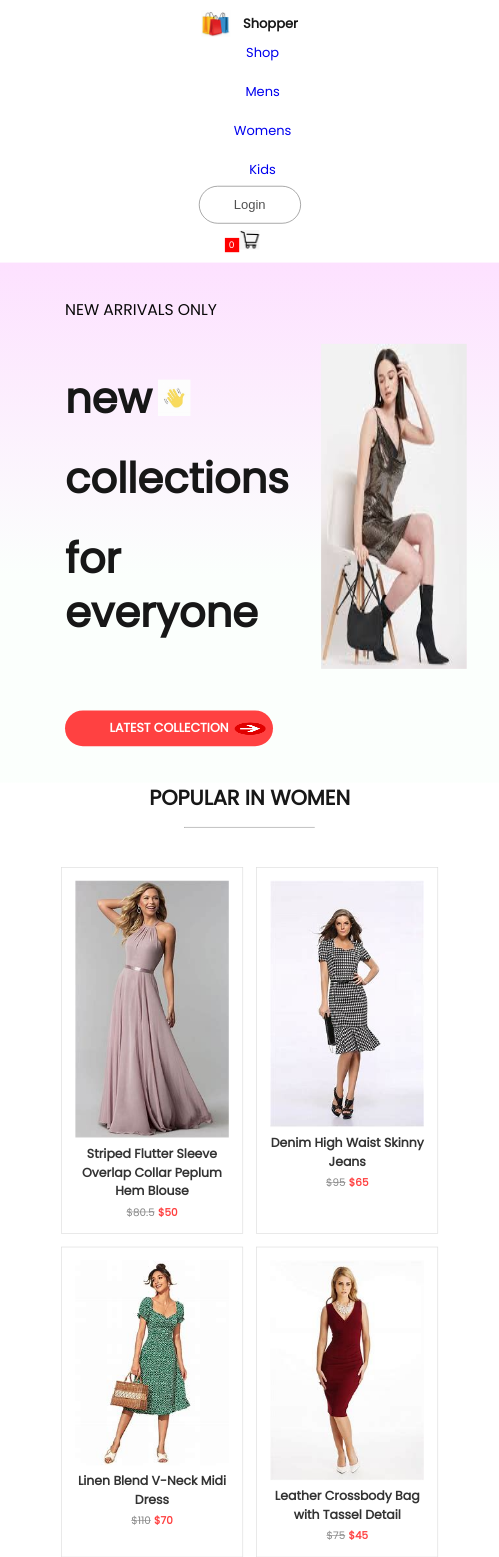
Repository: sshaiv/Shoppie_EcommerceAPP
Page: /
These files come from the project's save history. The page is drawn as it stood at one moment and after the next save; the edit follows.
The browser window is 768 px wide. The pictures show the whole page, at 65% of full size.
The project was rebuilt for these pictures with package versions that can differ from the ones it lists, and the page was loaded fresh each time. Also part of the build but not shown: src/App.css, src/Components/Pages/ShopCategory.jsx, src/Components/Pages/Product.jsx, src/Components/Pages/Cart.jsx, src/Components/Pages/LoginSignup.jsx.

Above is the page before, as saved 2024-07-16 18:24:43.

### public/index.html
<!DOCTYPE html>
<html lang="en">
  <head>
    <meta charset="utf-8" />
    <link rel="icon" href="%PUBLIC_URL%/favicon.ico" />
    <meta name="viewport" content="width=device-width, initial-scale=1" />
    <meta name="theme-color" content="#000000" />
    <meta
      name="description"
      content="Web site created using create-react-app"
    />
    <link rel="apple-touch-icon" href="%PUBLIC_URL%/logo192.png" />
    <!--
      manifest.json provides metadata used when your web app is installed on a
      user's mobile device or desktop. See https://developers.google.com/web/fundamentals/web-app-manifest/
    -->
    <link rel="manifest" href="%PUBLIC_URL%/manifest.json" />
    <!--
      Notice the use of %PUBLIC_URL% in the tags above.
      It will be replaced with the URL of the `public` folder during the build.
      Only files inside the `public` folder can be referenced from the HTML.

      Unlike "/favicon.ico" or "favicon.ico", "%PUBLIC_URL%/favicon.ico" will
      work correctly both with client-side routing and a non-root public URL.
      Learn how to configure a non-root public URL by running `npm run build`.
    -->
    <link rel="preconnect" href="https://fonts.googleapis.com">
    <link rel="preconnect" href="https://fonts.gstatic.com" crossorigin>
    <link href="https://fonts.googleapis.com/css2?family=Poppins&display=swap" rel="stylesheet">
    <title>E-Commerce</title>
  </head>
  <body>
    <noscript>You need to enable JavaScript to run this app.</noscript>
    <div id="root"></div>
    <!--
      This HTML file is a template.
      If you open it directly in the browser, you will see an empty page.

      You can add webfonts, meta tags, or analytics to this file.
      The build step will place the bundled scripts into the <body> tag.

      To begin the development, run `npm start` or `yarn start`.
      To create a production bundle, use `npm run build` or `yarn build`.
    -->
  </body>
</html>

### src/index.css
*{
  margin: 0;
}

body {
  margin: 0;
  font-family: -apple-system, BlinkMacSystemFont, 'Segoe UI', 'Roboto', 'Oxygen',
    'Ubuntu', 'Cantarell', 'Fira Sans', 'Droid Sans', 'Helvetica Neue',
    sans-serif;
  -webkit-font-smoothing: antialiased;
  -moz-osx-font-smoothing: grayscale;

 font-family:'Poppins';

}

code {
  font-family: source-code-pro, Menlo, Monaco, Consolas, 'Courier New',
    monospace;
}

### src/App.js
import React from 'react';
import './App.css';
import Navbar from './Components/Navbar/Navbar';
import { BrowserRouter, Routes, Route } from 'react-router-dom';
import ShopCategory from './Components/Pages/ShopCategory';
import Product from './Components/Pages/Product';
import Cart from './Components/Pages/Cart';
import LoginSignup from './Components/Pages/LoginSignup';
import Shop from './Components/Pages/Shop';

const App = () => {
  return (
    <div>
      <BrowserRouter>
        <Navbar />
        <Routes>
          <Route path='/' element={<Shop />} />
          <Route path='/mens' element={<ShopCategory category='mens' />} />
          <Route path='/womens' element={<ShopCategory category='women' />} />
          <Route path='/kids' element={<ShopCategory category='kids' />} />
          <Route path='/product' element={<Product />} />
          <Route path='/product/:productID' element={<Product />} />
          <Route path='/cart' element={<Cart />} />
          <Route path='/login' element={<LoginSignup />} />
        </Routes>
      </BrowserRouter>
    </div>
  );
}

export default App;

### src/Components/Navbar/Navbar.jsx
import React, { useState } from 'react'
import './Navbar.css'
import logo from '../Assets/logo.png'
import cart_icon from '../Assets/cart_icon.png'
import { Link } from 'react-router-dom'

const Navbar = () => {
const [menu,setMenu]=useState("shop");

  return (
    <div>
      <div className='navbar'>
        <div className='nav-logo'>
          <img src={logo} alt="Logo" />
          <p>Shopper</p>
        </div>
        <ul className='nav-menu'>
            <li onClick={()=>{setMenu("shop")}}><Link style={{textDecoration:'none'}} to='/'>Shop </Link>{menu==="shop"? <hr/> :<></>}   </li>
            <li onClick={()=>{setMenu("mens")}}><Link style={{textDecoration:'none'}}  to='/mens'>Mens</Link> {menu==="shop"? <hr/> :<></>} </li>
            <li onClick={()=>{setMenu("womens")}}><Link style={{textDecoration:'none'}}  to='/womens'>Womens </Link> {menu==="shop"? <hr/> :<></>} </li>
            <li onClick={()=>{setMenu("kids")}}><Link style={{textDecoration:'none'}}  to='/kids'>Kids</Link> {menu==="shop"? <hr/> :<></>} </li>
        </ul>

        <div className="nav-login-cart">
          <Link to='/login'>  <button>Login</button></Link>
       <Link to='/cart'>   <img src={cart_icon} alt="" /></Link>
      <div className="nav-cart-count">0</div>
        </div>
      </div>
    </div>
  )
}

export default Navbar

### src/Components/Pages/Shop.jsx
import React from 'react';
import Hero from '../Hero/Hero';
import Popular from '../Popular/Popular';

const Shop = () => {
  return (
    <div>
      <Hero/>
      <Popular/>
    </div>
  );
}

export default Shop;

### src/Components/Navbar/Navbar.css
.navbar{
    display: flex;
    justify-content: space-around;
    padding: 16px;
    box-shadow:0 1px 3px -2px black ;

}
.nav-logo{
    display:flex;
    align-items: center;
    gap: 10px;
}

.nav-logo p{
    color: #171717;
    font-size: 38px;
    font-weight: 600;
}
.nav-menu{
    display:flex;
    align-items:center;
    list-style: none;
    gap: 50px;
    color:#626262;
    font-size: 20px;
    font-weight: 500;

}


  .nav-logo img {
    height: 40px;
    margin-right: 10px;
  }



  .nav-menu li {
    margin: 0 15px;
    position: relative;
    cursor: pointer;
  }

  .nav-menu li:hover hr {
    display: block;
  }

  .nav-menu hr {
    display: none;
    width: 80%;
    height: 3px;
    border-radius: 10px;
    background-color:red;

  }

  .nav-login-cart {
    display: flex;
    align-items: center;
    gap: 45px;
  }

  .nav-login-cart button {
    width: 157px;
    height: 58px;
    outline: none;
    border: 1px solid #7a7a7a;
    border-radius: 75px;
    color:#515151;
    font-size: 20px;
    font-weight: 500;
    background: white;
    cursor: pointer;
  }

  .nav-login-cart button:active{
    background:#f3f3f3;
  }
  .nav-login-cart img {
    height: 30px;
    cursor: pointer;
  }
  .nav-cart-count{
    width: 22px;
    height: 22px;
    display: flex;
    justify-content: center;
    align-items:center;
    margin-top: -35px;
    margin-left: -55px;
    border: radius 11px;
    font-size: 14px;
    background-color:red;
    color:white;
  }

  @media (max-width: 768px) {
    .navbar {
      flex-direction: column;
      align-items: center;
    }

    .nav-logo p {
      font-size: 20px;
    }

    .nav-menu {
      flex-direction: column;
      align-items: center;
      gap: 10px;
    }

    .nav-menu li {
      margin: 10px 0;
    }

    .nav-login-cart {
      flex-direction: column;
      align-items: center;
      gap: 10px;
    }
  }

### src/Components/Hero/Hero.jsx
import React from "react";
import "./Hero.css";
import hand_icon from "../Assets/hand_icon.png";
import arrow_icon from "../Assets/arrow_icon.png";
import hero_imae from '../Assets/hero_imae.png';

const Hero = () => {
  return (
    <div className="hero">
      <div className="hero-left">
        <h2>NEW ARRIVALS ONLY</h2>
        <div className="hero-hand-icon">
          <p>new</p>
          <img src={hand_icon} alt="hand icon" />
        </div>
        <p>collections</p>
        <p>for everyone</p>
        <div className="hero-latest-btn">
          <div>Latest Collection</div>
          <img src={arrow_icon} alt="arrow icon" />
        </div>
      </div>
      <div className="hero-right">
        <img src={hero_imae} alt="hero" />
      </div>
    </div>
  );
};

export default Hero;

### src/Components/Popular/Popular.jsx
import React from 'react';
import './Popular.css';
import data_product from '../Assets/data';
// import Item from '../Item/Item';

const Popular = () => {
  return (
    <div className='popular'>
      <h1>POPULAR IN WOMEN</h1>
      <hr />
      <div className="popular-item">
        {data_product.map((item, i) => (
          <div className="item" key={i}>
            <img src={item.image} alt={item.name} />
            <div className="name">{item.name}</div>
            <div className="price">
              <span className="old-price">${item.old_price}</span>
              <span className="new-price">${item.new_price}</span>
            </div>
          </div>
        ))}
      </div>
    </div>
  );
}

export default Popular;

### src/Components/Hero/Hero.css
.hero {
    height: 100vh;
    background: linear-gradient(180deg, #fde1ff, #e1ffea22 60%);
    display: flex;
    justify-content: space-between;
    align-items: center;
    padding: 0 50px;
    box-sizing: border-box;
  }

  .hero-left {
    flex: 1;
    display: flex;
    flex-direction: column;
    justify-content: center;
    gap: 20px;
    padding-left: 50px;
    line-height: 1.3;
  }

  .hero-left h2 {
    color: #090909;
    font-size: 1.5rem;
    font-weight: 500;
    position: relative;
    bottom: 50px;
  }

  .hero-left p {
    color: #171717;
    font-size: 4rem;
    font-weight: 700;
    margin: 10px 0;
  }

  .hero-hand-icon {
    display: flex;
    align-items: center;
    gap: 10px;
    font-size: 1.5rem;
    font-weight: 500;
    color: #ff4141;
  }

  .hero-hand-icon img {
    width: 50px;
  }
  .hero-latest-btn {
    width: 260px;
    display: flex;
    justify-content: center;
    align-items: center;
    gap: 10px;
    padding: 15px 30px;
    border-radius: 50px;
    margin-top: 30px;
    background: #ff4141;
    color: white;
    font-size: 1.2rem;
    font-weight: 600;
    text-transform: uppercase;
    transition: background 0.3s ease, transform 0.3s ease;
    cursor: pointer;
    position: relative;
    top: 50px; /* Add position relative to the parent */
  }

  .hero-latest-btn img {
    height: 20px;
    width: 50px;
    position: absolute; /* Position the image absolutely */
    right: 10px; /* Adjust right position as needed */
  }

  .hero-latest-btn:hover {
    background: #e63939;
    transform: scale(1.05);
  }


  .hero-right {
    flex: 1;
    display: flex;
    justify-content: center;
    align-items: center;
    padding-right: 50px;
  }

  .hero-right img {
    max-width: 100%;
    height: 500px;
   position: relative;
   left: 50px;
   bottom: 25px;

  }

### src/Components/Popular/Popular.css
.popular {
    height: 90vh;
    display: flex;
    flex-direction: column;
    align-items: center;
    gap: 10px;
  }

  .popular h1 {
    font-size: 3rem; /* Adjusted font size */
    font-weight: 600;
    color: #171717;
    margin-bottom: 10px; /* Added margin for spacing */
  }

  .popular hr {
    width: 200px;
    height: 6px;
    border-radius: 10px;
    background: #252525;
    margin-bottom: 20px; /* Added margin for spacing */
  }

  .popular-item {
    margin-top: 50px;
    display: grid;
    grid-template-columns: repeat(auto-fit, minmax(300px, 1fr)); /* Adjusted grid columns */
    gap: 30px; /* Increased gap between items */
    justify-content: space-between; /* Distribute items with space between */
  }

  .popular-item .item {
    border: 1px solid #ddd; /* Example border style for items */
    padding: 20px; /* Example padding for items */
    display: flex;
    flex-direction: column;
    align-items: center;
    text-align: center;
  }

  .popular-item .item img {
    max-width: 100%;
    height: auto;
    margin-bottom: 10px; /* Space below image */
  }

  .popular-item .item .name {
    font-size: 1.2rem; /* Adjusted font size for item name */
    font-weight: bold;
    color: #333;
    margin-bottom: 5px; /* Space below name */
  }

  .popular-item .item .price {
    font-size: 1rem; /* Adjusted font size for prices */
    color: #888;
  }

  .popular-item .item .old-price {
    text-decoration: line-through; /* Strikethrough for old price */
    margin-right: 5px; /* Space between old and new price */
  }

  .popular-item .item .new-price {
    font-weight: bold;
    color: #ff4141;
  }

  @media (max-width: 768px) {
    .popular h1 {
      font-size: 2rem; /* Adjusted font size for smaller screens */
    }

    .popular-item {
      grid-template-columns: repeat(auto-fill, minmax(250px, 1fr)); /* Adjusted for smaller screens */
      gap: 20px; /* Adjusted gap for smaller screens */
      margin-top: 30px; /* Adjusted margin for smaller screens */
    }
  }

### src/Components/Assets/data.js
import p1_img from './product1.png'
import p2_img from './product2.png'
import p3_img from './product3.png'
import p4_img from './product4.png'


let data_product = [
    {
      id: 1,
      name: "Striped Flutter Sleeve Overlap Collar Peplum Hem Blouse",
      image: p1_img,
      new_price: 50.00,
      old_price: 80.50,
    },
    {
      id: 2,
      name: "Denim High Waist Skinny Jeans",
      image: p2_img,
      new_price: 65.00,
      old_price: 95.00,
    },
    {
      id: 3,
      name: "Linen Blend V-Neck Midi Dress",
      image: p3_img,
      new_price: 70.00,
      old_price: 110.00,
    },
    {
      id: 4,
      name: "Leather Crossbody Bag with Tassel Detail",
      image: p4_img,
      new_price: 45.00,
      old_price: 75.00,
    },
  ];


export default data_product;

Loaded but not shown: src/index.js (common file); src/reportWebVitals.js (common file)

After the next save:
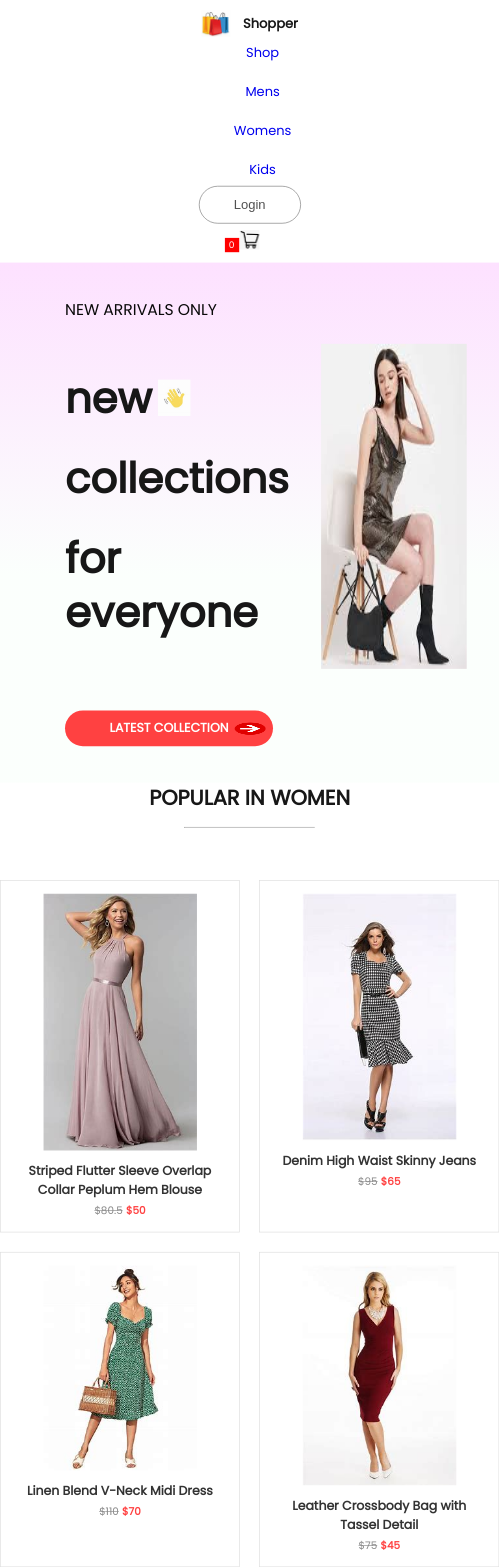
Saved 86 s later.
--- a/src/Components/Popular/Popular.css
+++ b/src/Components/Popular/Popular.css
@@ -23,18 +23,17 @@
 
   .popular-item {
     margin-top: 50px;
-    display: grid;
-    grid-template-columns: repeat(auto-fit, minmax(300px, 1fr)); /* Adjusted grid columns */
+    display: flex;
+    flex-wrap: wrap; /* Allow items to wrap onto new lines */
+    justify-content: space-between; /* Distribute items with space between */
     gap: 30px; /* Increased gap between items */
-    justify-content: space-between; /* Distribute items with space between */
   }
 
   .popular-item .item {
     border: 1px solid #ddd; /* Example border style for items */
     padding: 20px; /* Example padding for items */
-    display: flex;
-    flex-direction: column;
-    align-items: center;
+    flex: 1 1 300px; /* Flex basis to control item width */
+    max-width: calc(33.33% - 30px); /* Adjust for three items per row */
     text-align: center;
   }
 
@@ -71,9 +70,7 @@
       font-size: 2rem; /* Adjusted font size for smaller screens */
     }
 
-    .popular-item {
-      grid-template-columns: repeat(auto-fill, minmax(250px, 1fr)); /* Adjusted for smaller screens */
-      gap: 20px; /* Adjusted gap for smaller screens */
-      margin-top: 30px; /* Adjusted margin for smaller screens */
+    .popular-item .item {
+      max-width: calc(50% - 20px); /* Adjust for two items per row */
     }
   }
